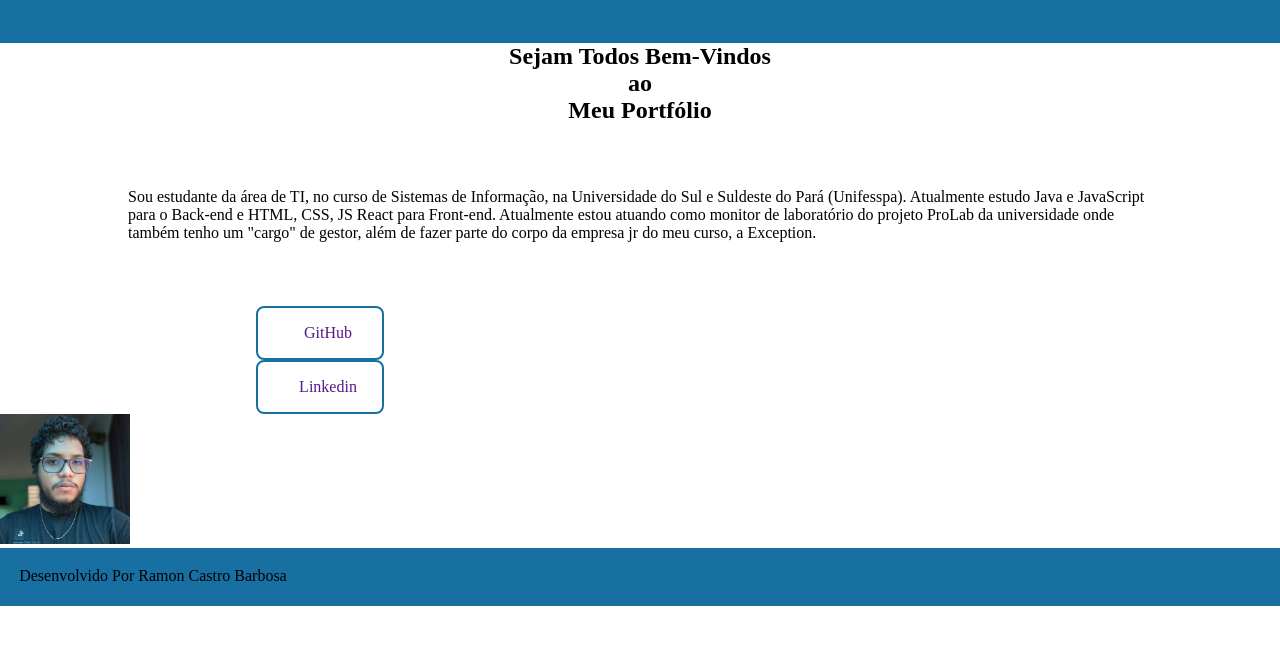
Repository: ramoncbarbosa/Web1_Atividade2
Page: index.html
The author's editor kept a copy of each file at every save. The page is drawn from the files as they stood at one save, then again after the next save.
The browser window is 1280 px wide. The pictures show the whole page.

Above is the page before, as saved 2023-06-10 15:37:12.

After the next save:
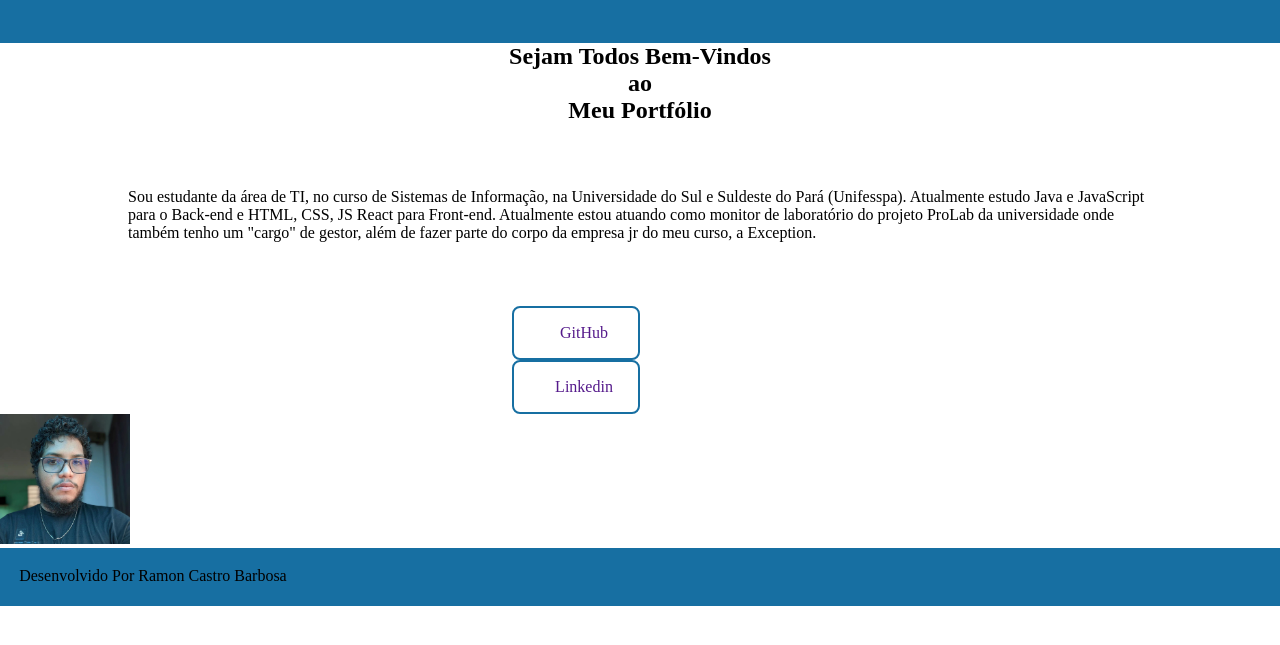
Saved 5 s later.
--- a/styles/styles.css
+++ b/styles/styles.css
@@ -49,7 +49,7 @@
     width: 10%;
     padding: 1rem 0;
 
-    margin-left: 20%;
+    margin-left: 40%;
 
     display: flex;
     align-items: center;
